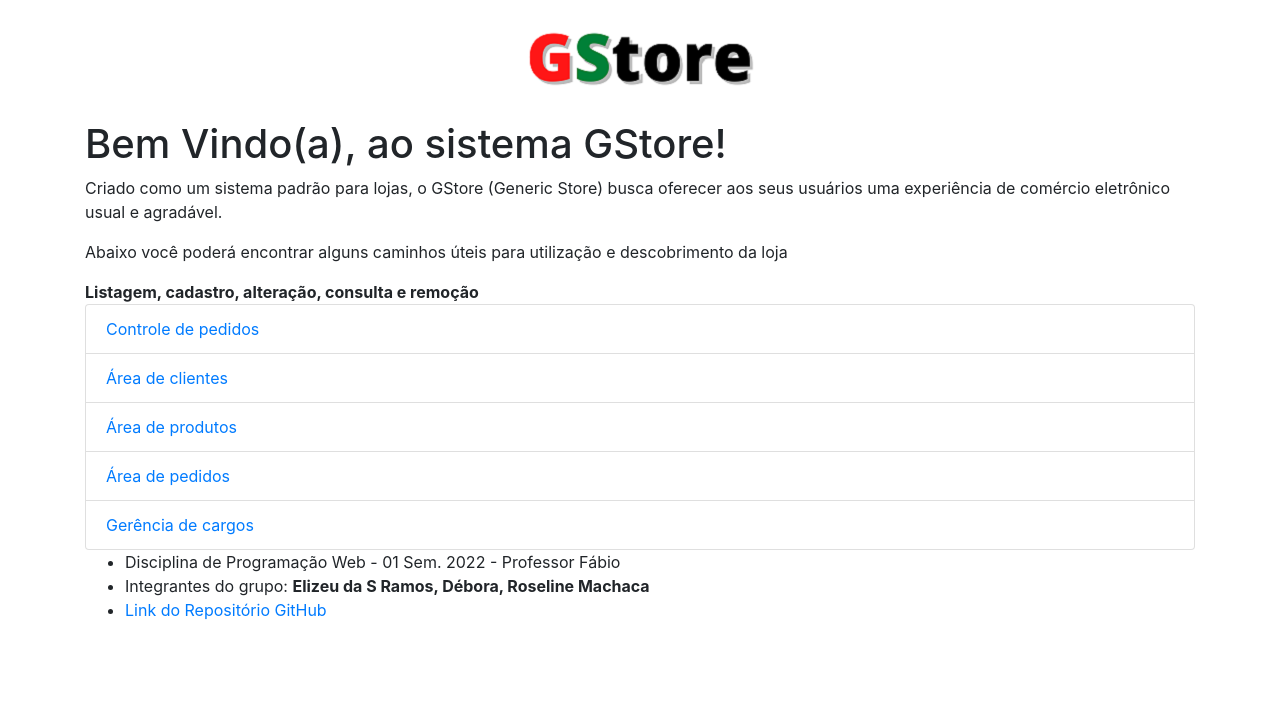
Repository: ElizeusRamos/gstore
Page: GStoreWorkspace/GStoreWeb/WebContent/index.html
The author's editor kept a copy of each file at every save. The page is drawn from the files as they stood at one save, then again after the next save.
The browser window is 1280 px wide. The pictures show the whole page.

Above is the page before, as saved 2022-06-13 20:52:39.

After the next save:
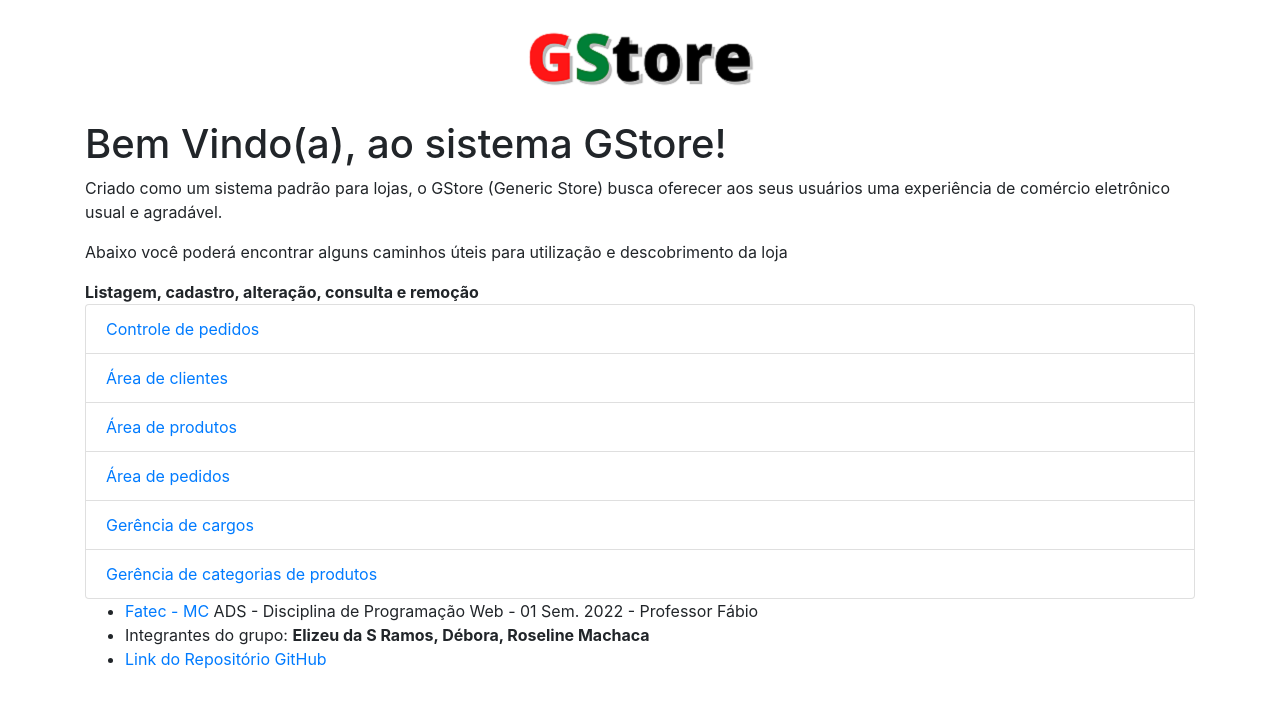
Saved 3 days later.
--- a/GStoreWorkspace/GStoreWeb/WebContent/index.html
+++ b/GStoreWorkspace/GStoreWeb/WebContent/index.html
@@ -30,10 +30,11 @@
 				<li class="list-group-item"><a href="ProdutoController">Área de produtos</a></li>
 				<li class="list-group-item"><a href="PedidoController">Área de pedidos</a></li>
 				<li class="list-group-item"><a href="CargoController">Gerência de cargos</a></li>
+				<li class="list-group-item"><a href="CategoriaController">Gerência de categorias de produtos</a></li>
 			</ul>
 
 			<ul>
-				<li>Disciplina de Programação Web - 01 Sem. 2022 - Professor Fábio</li>
+				<li><a href="https://www.fatecmogidascruzes.com.br/">Fatec - MC</a> ADS - Disciplina de Programação Web - 01 Sem. 2022 - Professor Fábio</li>
 				<li>Integrantes do grupo: <strong>Elizeu da S Ramos, Débora, Roseline Machaca</strong></li>
 				<li><a href="https://github.com/ElizeusRamos/gstore">Link do Repositório GitHub</a></li>
 			</ul>
